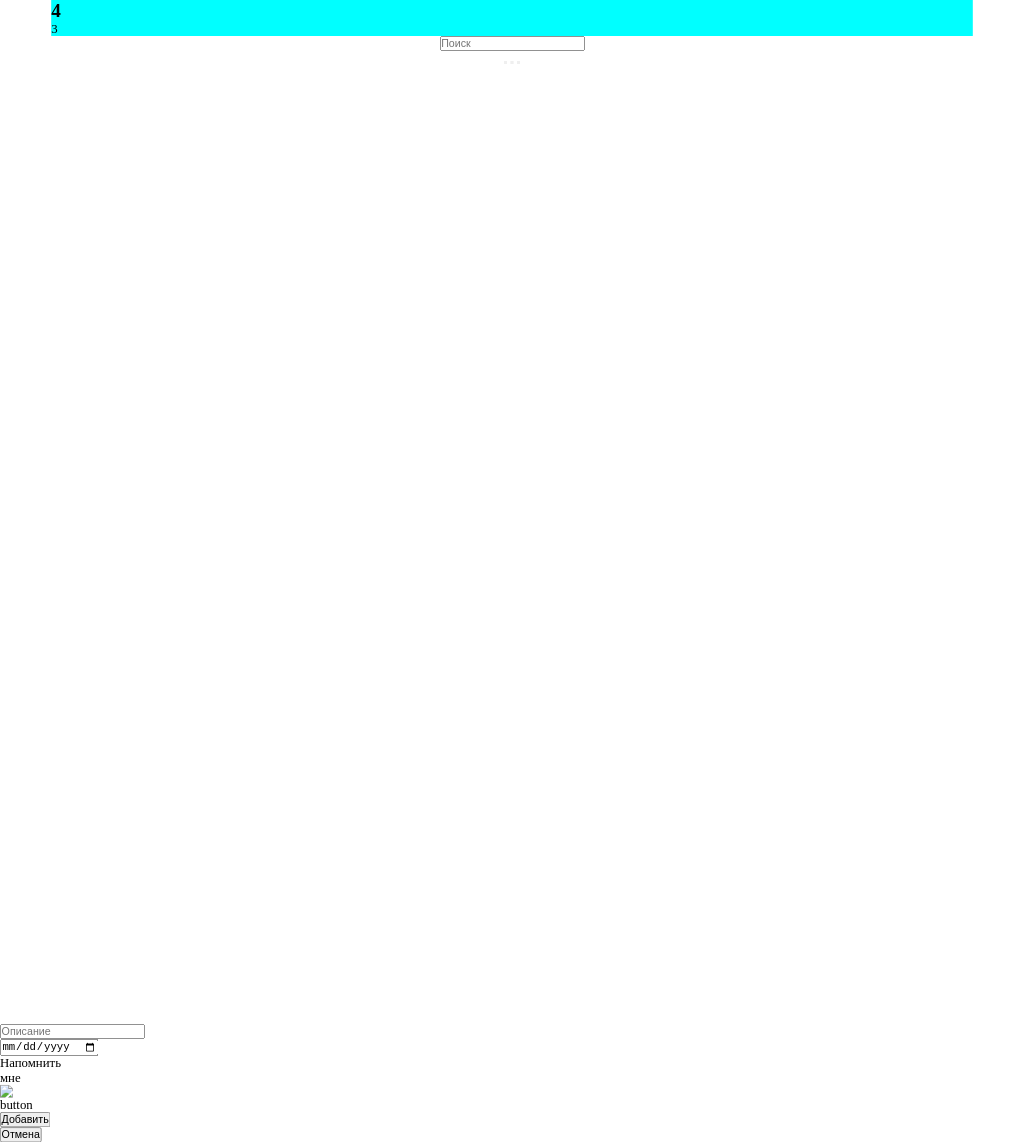
Repository: svetks0504-sudo/Projekt4_To_Do_List
Page: index.html
The author's editor kept a copy of each file at every save. The page is drawn from the files as they stood at one save, then again after the next save.
The browser window is 1280 px wide. The pictures show the whole page, at 80% of full size.

Above is the page before, as saved 2025-11-18 12:06:14.

### index.html
<!DOCTYPE html>
<html lang="en">
  <head>
    <meta charset="UTF-8" />
    <meta name="viewport" content="width=device-width, initial-scale=1.0" />
    <title>Document</title>
    <link href="/styles/style.css" rel="stylesheet" type="text/css" />
  </head>
  <body>
    <!--############1Ekran###############-->
    <div class="togeser1Ekran">
      <div class="time">
        <h2>4</h2>
        <p>3</p>
      </div>
      <form class="serch">
        <input type="text" id="serchInput" name="text" placeholder="Поиск" />
      </form>
      <div class="filtr">
        <button class="all"></button>
        <button class="aktiv"></button>
        <button class="end"></button>
      </div>
      <div class="pencil"></div>
    </div>

    <!--############2Ekran###############-->

    <div class="smalDisplay">
      <form class="creatWork">
        <input type="text" id="needToWork" name="text" placeholder="Описание" />
        <input type="date" id="needDate" name="date" placeholder="Дата" />
      </form>
      <div class="remember">
        <p>Напомнить мне</p>
        <img src="" alt="button" />
      </div>
      <div class="funktional">
        <button class="add">Добавить</button>
        <button class="delete">Отмена</button>
      </div>
    </div>
  </body>
  <script src="/scripts/script.js"></script>
</html>

### styles/style.css
* {
  margin: 0;
  padding: 0;
  box-sizing: border-box;
}
.togeser1Ekran {
  width: 100vw;
  height: 100vw;
  display: flex;
  justify-content: flex-start;
  align-items: center;
  flex-direction: column;
}
.time {
  width: 90%;
  height: auto;
  background-color: aqua;
}
.smalDisplay {
  height: 0;
  width: 0;
}

### scripts/script.js
//1 этап: верстка, 2 этап: добавление задачи, подключение к localstorage
//  3 этап: фильтрация, редактирование
//доп. функ: поиск, редактирование задачи(название, время)

// task(entity) {
//   id: String | Number, // Math.random() | Date.now()
//   title: String,
//   date: String | Number,
//   completed: Boolean // false
// }
/*const tasks = [
  {
    id: 1,
    title: "Learn React",
    data: "10:30 12.12.2025",
    completed: false,
  },
];*/

After the next save:
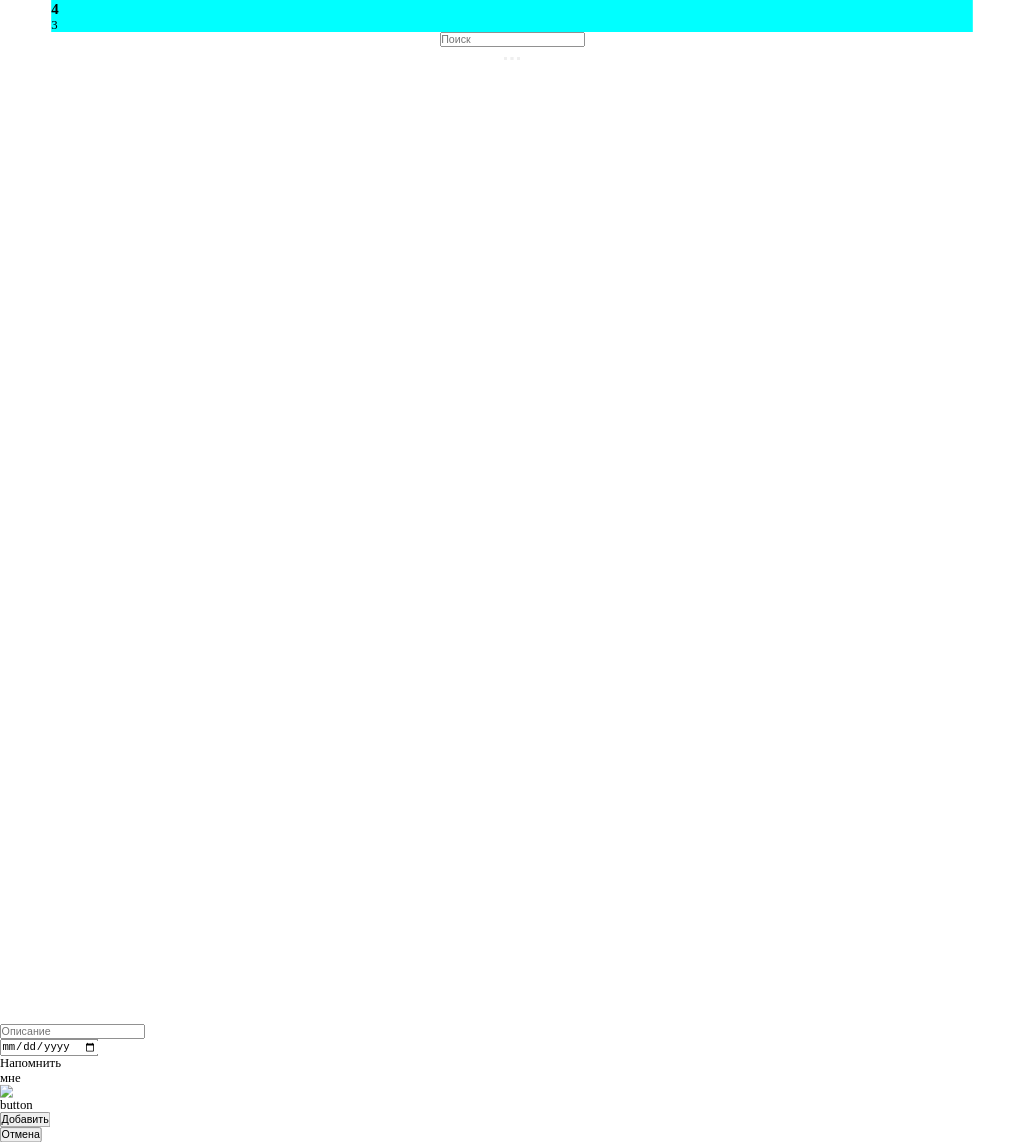
Saved 9 s later.
--- a/index.html
+++ b/index.html
@@ -10,7 +10,7 @@
     <!--############1Ekran###############-->
     <div class="togeser1Ekran">
       <div class="time">
-        <h2>4</h2>
+        <h3>4</h3>
         <p>3</p>
       </div>
       <form class="serch">

After the save that followed:
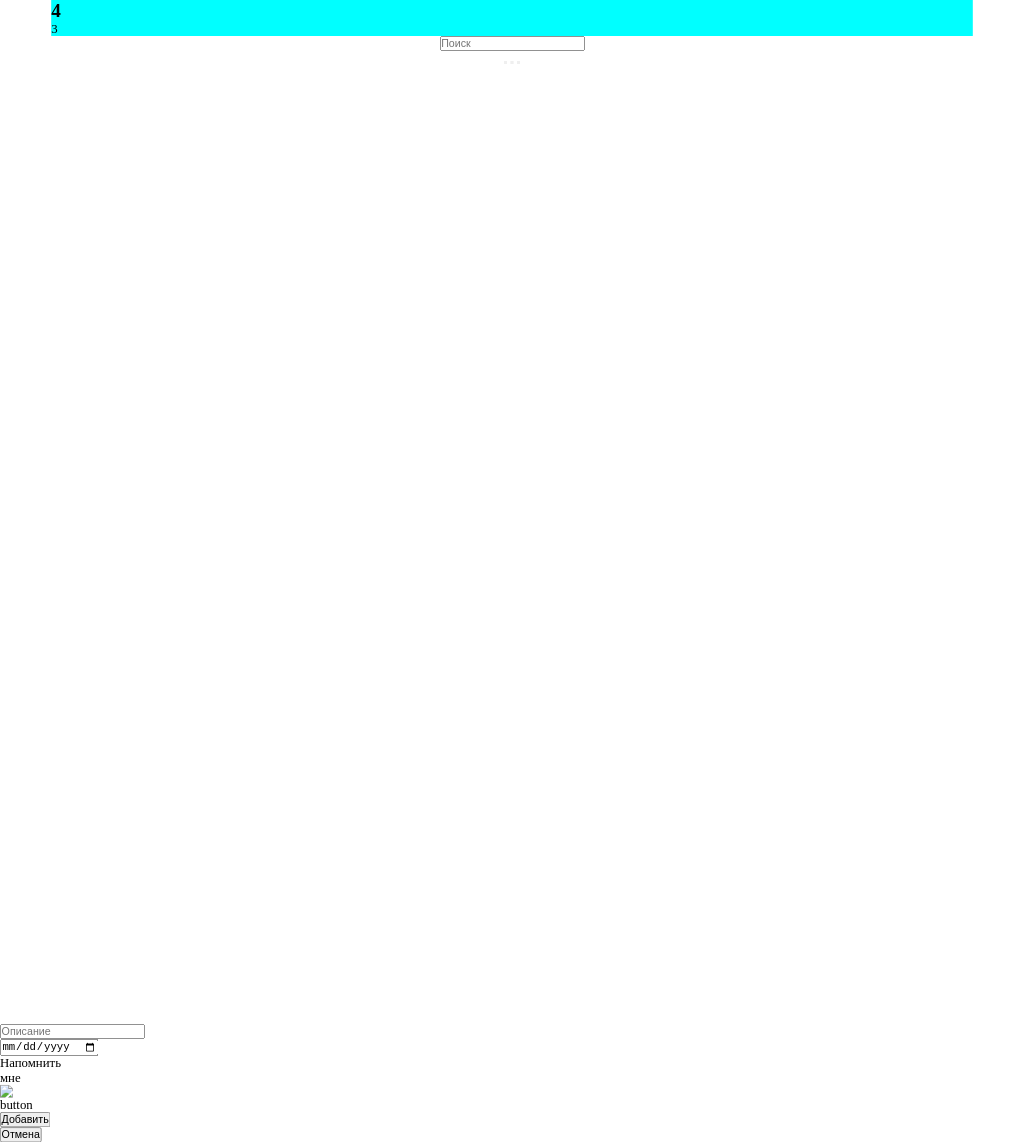
Saved 15 s later.
--- a/index.html
+++ b/index.html
@@ -10,7 +10,7 @@
     <!--############1Ekran###############-->
     <div class="togeser1Ekran">
       <div class="time">
-        <h3>4</h3>
+        <h2>4</h2>
         <p>3</p>
       </div>
       <form class="serch">
